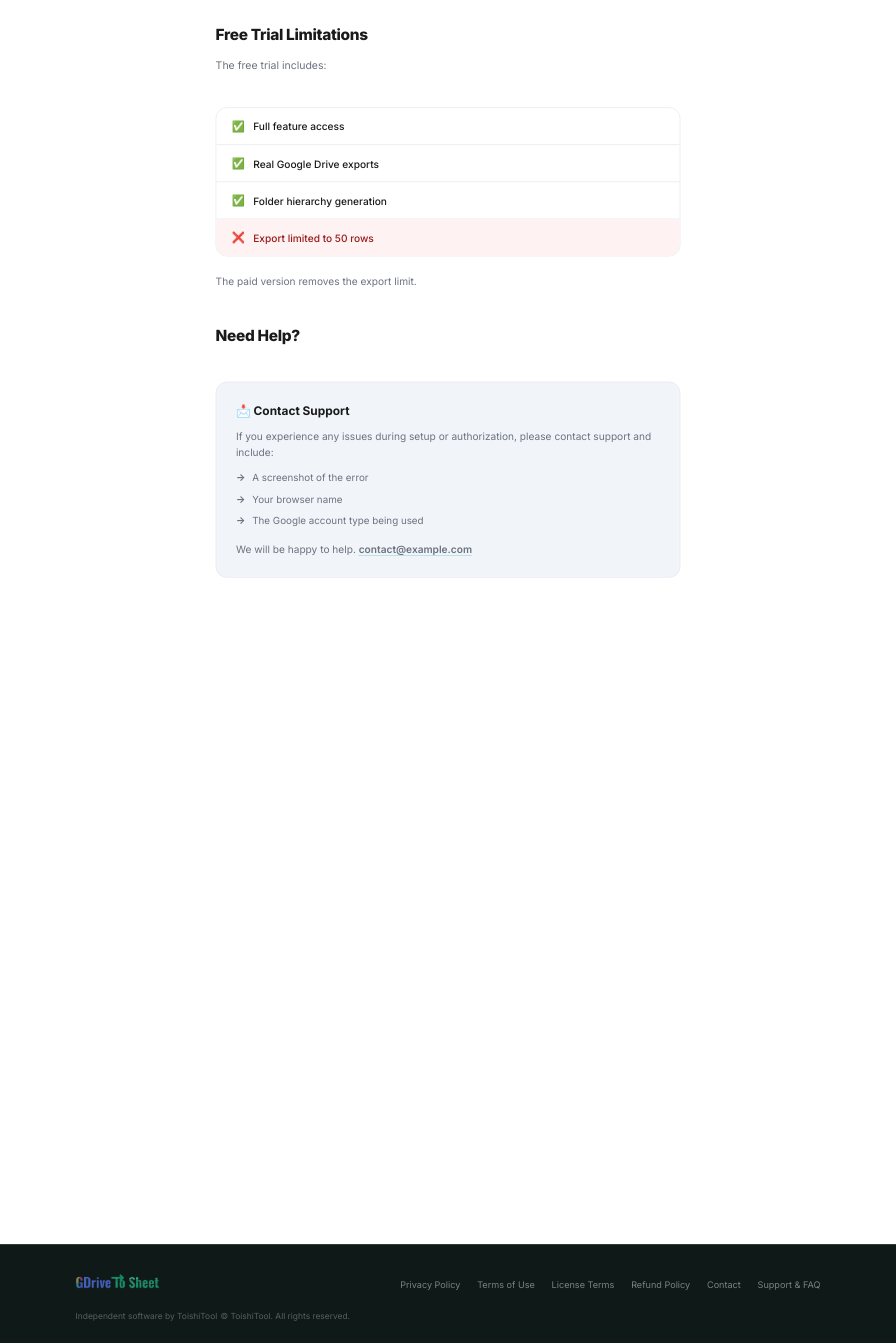
Repository: toishitool/gdrive-to-sheet
Page: free-thanks.html
These files come from the project's save history. The page is drawn as it stood at one moment and after the next save; the edit follows.
The browser window is 1280 px wide. The pictures show the part of the page from y = 2095 to 4015 px (the page is 4015 px tall), at 70% of full size.

Above is the page before, as saved 2026-06-22 14:13:49.

After the next save:
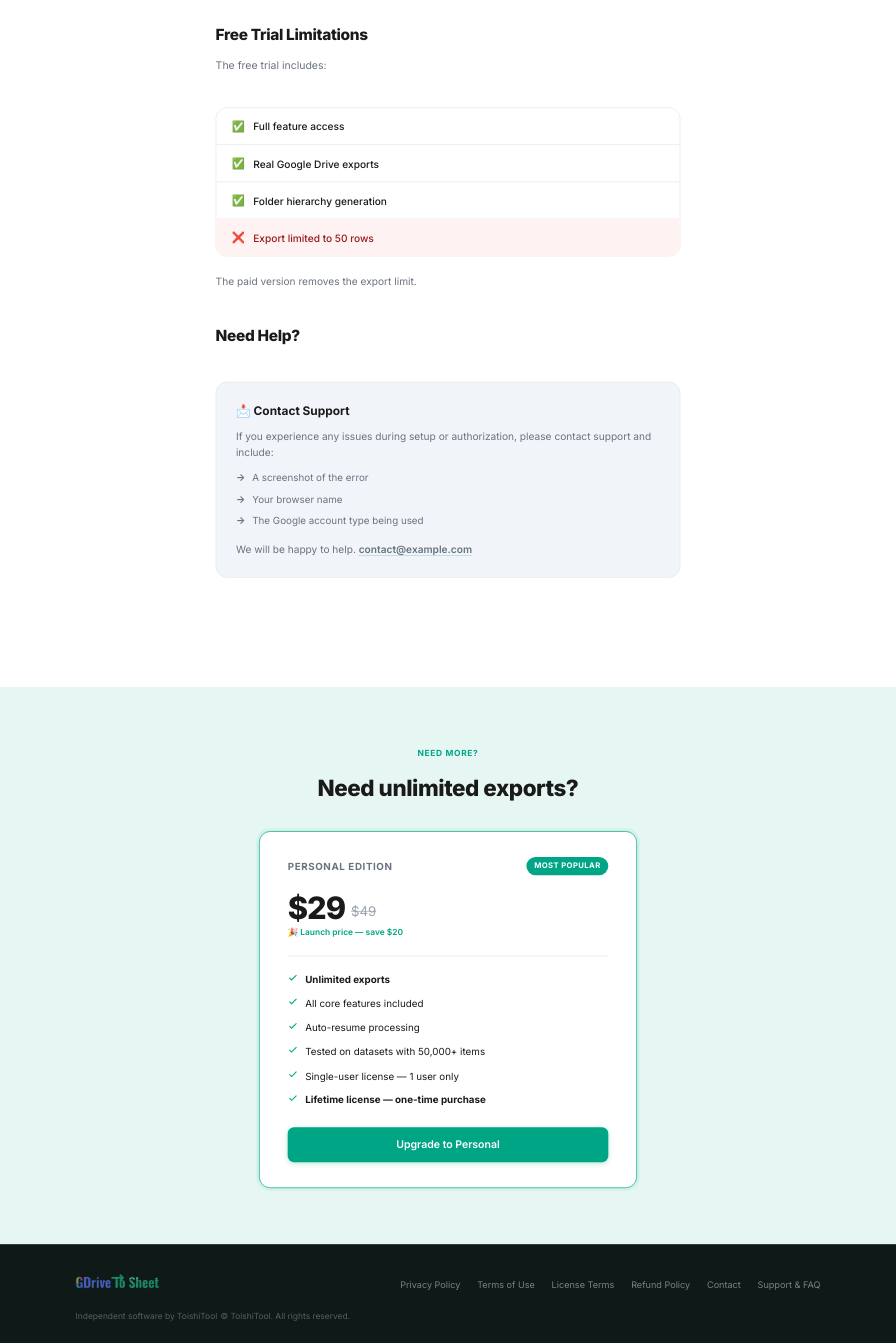
Saved 8 min 14 s later.
--- a/js/common.js
+++ b/js/common.js
@@ -1,14 +1,10 @@
 /**
  * 外部HTMLファイルを指定した要素に読み込む関数
- * @param {string} url - 読み込むHTMLファイルのパス
- * @param {string} elementId - 挿入先のID
  */
 function loadComponent(url, elementId) {
   fetch(url)
     .then(response => {
-      if (!response.ok) {
-        throw new Error(`Could not load ${url}`);
-      }
+      if (!response.ok) throw new Error(`Could not load ${url}`);
       return response.text();
     })
     .then(data => {
@@ -17,8 +13,28 @@
     .catch(error => console.error('Error:', error));
 }
 
-// DOM読み込み完了後に実行
+/**
+ * スクロールフェードインの初期化処理
+ */
+function initScrollReveal() {
+  const reveals = document.querySelectorAll('.reveal');
+  const observer = new IntersectionObserver((entries) => {
+    entries.forEach(entry => {
+      if (entry.isIntersecting) {
+        entry.target.classList.add('visible');
+        observer.unobserve(entry.target);
+      }
+    });
+  }, { threshold: 0.08 });
+
+  reveals.forEach(el => observer.observe(el));
+}
+
+// DOM読み込み完了後にまとめて実行
 document.addEventListener('DOMContentLoaded', () => {
   loadComponent('header.html', 'header-container');
   loadComponent('footer.html', 'footer-container');
+
+  // フェードイン処理を呼び出す
+  initScrollReveal();
 });
